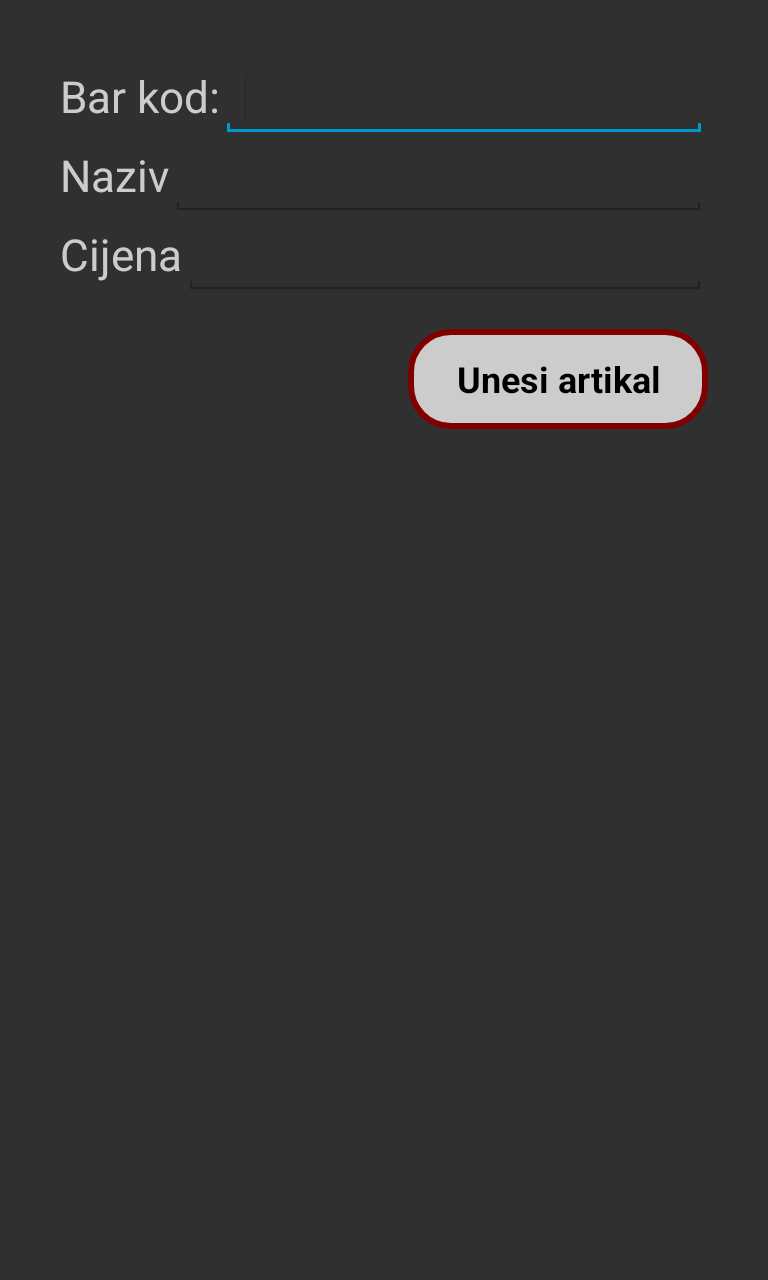
Repository: dzenisahusic/AndroidApp
Layout: Edit2014Sales/res/layout/fragment_unosartikla.xml
These files come from the project's save history. The layout is drawn as it stood at one moment and after the next save; the edit follows.
It is drawn on a 768 x 1280 px phone screen (xhdpi) without system bars, with theme AppTheme; the app's code is not run.

Above is the layout before, as saved 2014-07-15 19:44:30.

### Edit2014Sales/res/layout/fragment_unosartikla.xml
<RelativeLayout xmlns:android="http://schemas.android.com/apk/res/android"
    xmlns:tools="http://schemas.android.com/tools"
    android:layout_width="match_parent"
    android:layout_height="match_parent"
    tools:context="${relativePackage}.${activityClass}"
    android:background="#303030"

    >

    <LinearLayout
        android:id="@+id/linearLayout2"
        android:layout_width="fill_parent"
        android:layout_height="wrap_content"
        android:layout_alignParentLeft="true"
        android:layout_alignParentTop="true"
        android:orientation="horizontal"
        android:layout_marginTop="30dip"
        android:layout_marginRight="30dip"
        android:layout_marginLeft="30dip"

        >

        <TextView
            android:id="@+id/textView1"
            android:layout_width="wrap_content"
            android:layout_height="wrap_content"
            android:text="Bar kod:"
            android:textAppearance="?android:attr/textAppearanceLarge"
            android:textColor="#CCCCCC" />

        <EditText
            android:id="@+id/tBarkod"
            android:layout_width="wrap_content"
            android:layout_height="wrap_content"
            android:layout_weight="1"
            android:textColor="#CCCCCC"
            android:ems="10" >

            <requestFocus />
        </EditText>
    </LinearLayout>

    <LinearLayout
        android:id="@+id/linearLayout1"
        android:layout_width="fill_parent"
        android:layout_height="wrap_content"
        android:layout_alignParentLeft="true"
        android:layout_below="@+id/linearLayout2"
        android:layout_marginLeft="30dip"
        android:layout_marginRight="30dip"
        android:orientation="horizontal"  >

        <TextView
            android:id="@+id/textView3"
            android:layout_width="wrap_content"
            android:layout_height="wrap_content"
            android:text="Naziv"
            android:textColor="#CCCCCC"
            android:textAppearance="?android:attr/textAppearanceLarge" />

        <EditText
            android:id="@+id/tCijena"
            android:layout_width="wrap_content"
            android:layout_height="wrap_content"
            android:layout_weight="1"
            android:ems="10"
            android:textColor="#CCCCCC" />
    </LinearLayout>

    <LinearLayout
        android:id="@+id/linearLayout3"
        android:layout_width="fill_parent"
        android:layout_height="wrap_content"
        android:layout_alignParentLeft="true"
        android:layout_below="@+id/linearLayout1"
        android:orientation="horizontal"
        android:layout_marginRight="30dip"
        android:layout_marginLeft="30dip" >

        <TextView
            android:id="@+id/textView2"
            android:layout_width="wrap_content"
            android:layout_height="wrap_content"
            android:text="Cijena"
            android:textColor="#CCCCCC"
            android:textAppearance="?android:attr/textAppearanceLarge" />

        <EditText
            android:id="@+id/tNaziv"
            android:layout_width="fill_parent"
            android:layout_height="wrap_content"
            android:layout_weight="1"
            android:ems="10"
            android:textColor="#CCCCCC" />
    </LinearLayout>

    <Button
        android:id="@+id/bDodaj"
        android:layout_width="150dp"
        android:layout_height="50dp"
        android:layout_alignRight="@+id/linearLayout3"
        android:layout_below="@+id/linearLayout3"
        android:layout_marginTop="16dp"
        android:background="@drawable/rounded_corner_top"
        android:text="Unesi artikal"
        android:textStyle="bold" />

</RelativeLayout>

### Edit2014Sales/res/values/styles.xml
<resources>

    <!--
        Base application theme, dependent on API level. This theme is replaced
        by AppBaseTheme from res/values-vXX/styles.xml on newer devices.
    -->
    <style name="AppBaseTheme" parent="android:Theme.Light">
        <!--
            Theme customizations available in newer API levels can go in
            res/values-vXX/styles.xml, while customizations related to
            backward-compatibility can go here.
        -->
    </style>

    <!-- Application theme. -->
    <style name="AppTheme" parent="AppBaseTheme">
        <!-- All customizations that are NOT specific to a particular API-level can go here. -->
    </style>
 <style name="Animations" />

    <style name="Animations.PopDownMenu" />

    <style name="Animations.PopDownMenu.Left">
        <item name="@android:windowEnterAnimation">@anim/grow_from_topleft_to_bottomright</item>
        <item name="@android:windowExitAnimation">@anim/shrink_from_bottomright_to_topleft</item>
    </style>


    <style name="Animations.PopUpMenu" />

    <style name="Animations.PopUpMenu.Left">
        <item name="@android:windowEnterAnimation">@anim/grow_from_bottomleft_to_topright</item>
        <item name="@android:windowExitAnimation">@anim/shrink_from_topright_to_bottomleft</item>
    </style>
</resources>

### Edit2014Sales/res/drawable-hdpi/rounded_corner_top.xml
<?xml version="1.0" encoding="UTF-8"?>

  <shape xmlns:android="http://schemas.android.com/apk/res/android" android:shape="rectangle">
  <corners android:radius="20dp"/>
  <solid android:color="#CCCCCC"/>
  <stroke
        android:width="3dp"
        android:color="#800000" >
    </stroke>
</shape>

Loaded but not shown: Edit2014Sales/res/values-v11/styles.xml (common file); Edit2014Sales/res/values-v14/styles.xml (common file)

After the next save:
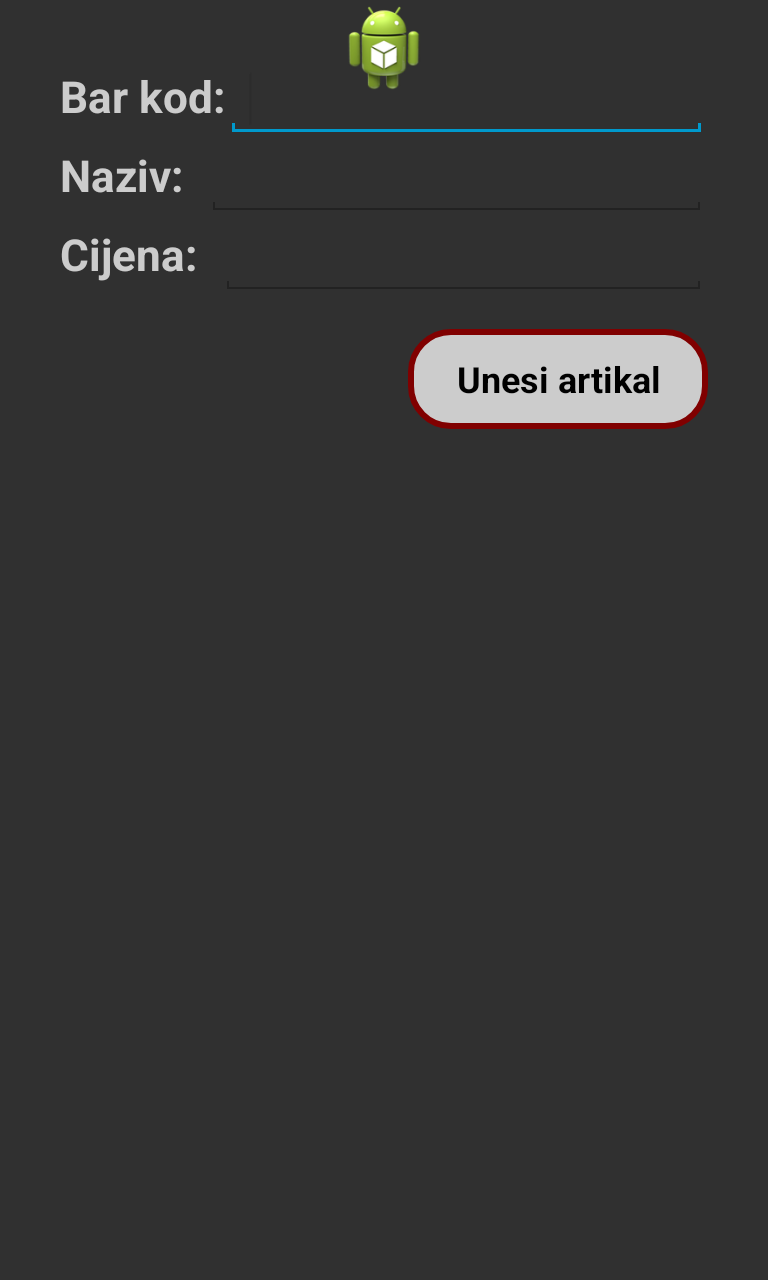
Saved 5 min 32 s later.
--- a/Edit2014Sales/res/layout/fragment_unosartikla.xml
+++ b/Edit2014Sales/res/layout/fragment_unosartikla.xml
@@ -26,7 +26,8 @@
             android:layout_height="wrap_content"
             android:text="Bar kod:"
             android:textAppearance="?android:attr/textAppearanceLarge"
-            android:textColor="#CCCCCC" />
+            android:textColor="#CCCCCC"
+            android:textStyle="bold" />
 
         <EditText
             android:id="@+id/tBarkod"
@@ -54,9 +55,10 @@
             android:id="@+id/textView3"
             android:layout_width="wrap_content"
             android:layout_height="wrap_content"
-            android:text="Naziv"
+            android:text="Naziv:  "
+            android:textAppearance="?android:attr/textAppearanceLarge"
             android:textColor="#CCCCCC"
-            android:textAppearance="?android:attr/textAppearanceLarge" />
+            android:textStyle="bold" />
 
         <EditText
             android:id="@+id/tCijena"
@@ -81,9 +83,10 @@
             android:id="@+id/textView2"
             android:layout_width="wrap_content"
             android:layout_height="wrap_content"
-            android:text="Cijena"
+            android:text="Cijena:  "
+            android:textAppearance="?android:attr/textAppearanceLarge"
             android:textColor="#CCCCCC"
-            android:textAppearance="?android:attr/textAppearanceLarge" />
+            android:textStyle="bold" />
 
         <EditText
             android:id="@+id/tNaziv"
@@ -93,6 +96,14 @@
             android:ems="10"
             android:textColor="#CCCCCC" />
     </LinearLayout>
+
+    <ImageView
+                android:id="@+id/imageView1"
+                android:layout_width="wrap_content"
+                android:layout_height="wrap_content"
+                android:layout_alignParentTop="true"
+                android:layout_centerHorizontal="true"
+                android:src="@drawable/ic_launcher" />
 
     <Button
         android:id="@+id/bDodaj"
